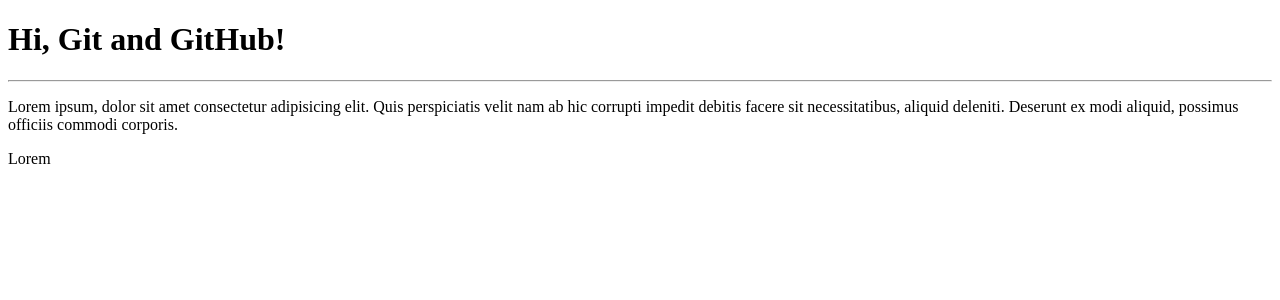
Repository: MarcioFreitasUFSC21/Proejct00
Page: ExampleSite/index.html
The author's editor kept a copy of each file at every save. The page is drawn from the files as they stood at one save, then again after the next save.
The browser window is 1280 px wide. The pictures show the whole page.

Above is the page before, as saved 2023-03-16 14:47:59.

### ExampleSite/index.html
<!DOCTYPE html>
<html lang="pt-br">
<head>
    <meta charset="UTF-8">
    <meta http-equiv="X-UA-Compatible" content="IE=edge">
    <meta name="viewport" content="width=device-width, initial-scale=1.0">
    <title>Hi, Git and GitHub!</title>
</head>
<body>
    <h1> Hi, Git and GitHub! </h1>
    <hr>
    <p> Lorem ipsum, dolor sit amet consectetur adipisicing elit. Quis perspiciatis velit nam ab hic corrupti impedit debitis facere sit necessitatibus, aliquid deleniti. Deserunt ex modi aliquid, possimus officiis commodi corporis.</p>
    <p>  Lorem</p>
</body>
</html>

After the next save:
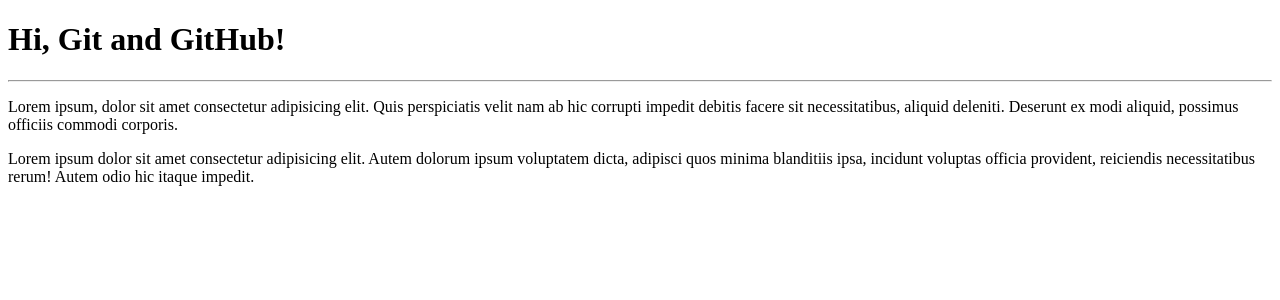
Saved 4 s later.
--- a/ExampleSite/index.html
+++ b/ExampleSite/index.html
@@ -10,6 +10,6 @@
     <h1> Hi, Git and GitHub! </h1>
     <hr>
     <p> Lorem ipsum, dolor sit amet consectetur adipisicing elit. Quis perspiciatis velit nam ab hic corrupti impedit debitis facere sit necessitatibus, aliquid deleniti. Deserunt ex modi aliquid, possimus officiis commodi corporis.</p>
-    <p>  Lorem</p>
+    <p>  Lorem ipsum dolor sit amet consectetur adipisicing elit. Autem dolorum ipsum voluptatem dicta, adipisci quos minima blanditiis ipsa, incidunt voluptas officia provident, reiciendis necessitatibus rerum! Autem odio hic itaque impedit.</p>
 </body>
 </html>
